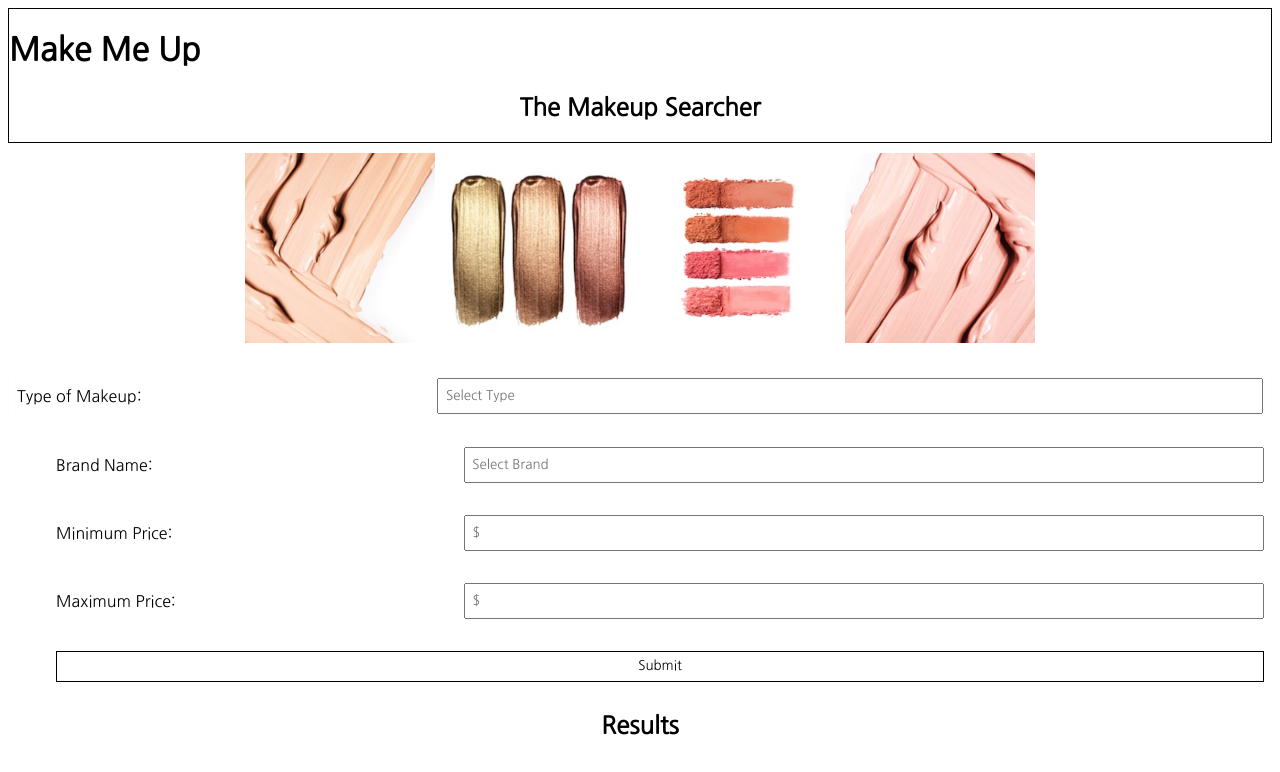
Repository: kaitlynMidori/MakeMeUp
Page: index.html
An editor plug-in stored every save of this project. The page is shown before and after the next save, followed by the edit.
The browser window is 1280 px wide. The pictures show the whole page.

Above is the page before, as saved 2020-12-10 14:36:16.

### index.html
<!DOCTYPE html>
<html lang="en">

<head>
    <meta charset="utf-8">
    <meta name="viewport" content="width=device-width">
    <title>Make Me Up</title>
    <link href="style.css" rel="stylesheet" type="text/css" />
    <link rel="preconnect" href="https://fonts.gstatic.com">
    <link href="https://fonts.googleapis.com/css2?family=Nanum+Gothic&display=swap" rel="stylesheet">
</head>

<body>

    <header>
        <h1>Make Me Up</h1>
        <h2>The Makeup Searcher</h2>
    </header>

    <div id="img-container" class="img" style="padding: 5px;">
        <img src="images/smear1.png" alt="eyeshadow smear" height="200" width="200" style="padding: 5px;">
        <img src="images/smear2.png" alt="lipstick smear" height="200" width="200" style="padding: 5px;">
        <img src="images/smear4.jpg" alt="concealer smear" height="200" width="200" style="padding: 5px;">
        <img src="images/smear3.png" alt="blush smear" height="200" width="200" style="padding: 5px;">
    </div>

    <div class="form-container">
        <form id="js-form">
            <ul class="formWrapper">
                <li class= "form-row">
                    <label class="search-term" for="product-type">Type of Makeup:</label>
                    <input class="product-type input" type="text" name="product-type" id="product-type" placeholder="Select Type" list="product-type-list">
                    <datalist id="product-type-list">
                        <option value="Blush">
                        <option value="Bronzer">
                        <option value="Eyebrow">
                        <option value="Eyeliner">
                        <option value="Eyeshadow">
                        <option value="Foundation">
                        <option value="Lip Liner">
                        <option value="Lipstick">
                        <option value="Mascara">
                        <option value="Nail Polish">
                    </datalist>
                </li>
            </ul>


            <ul>
                <li class="form-row">
                    <label class="search-term" for="brand">Brand Name:</label>
                    <input class="brand input" type="text" name="brand" id="brand" placeholder="Select Brand" list="brand-list">
                    <datalist id="brand-list">
                        <option value="Almay">
                        <option value="Alva">
                        <option value="Anna Sui">
                        <option value="Annabelle">
                        <option value="Benefit">
                        <option value="Boosh">
                        <option value="Burt's Bees">
                        <option value="Butter London">
                        <option value="C'est Moi">
                        <option value="Cargo Cosmetics">
                        <option value="China Glaze">
                        <option value="Clinique">
                        <option value="Coastal Classic Creation">
                        <option value="Colourpop">
                        <option value="Covergirl">
                        <option value="Dalish">
                        <option value="Deciem">
                        <option value="Dior">
                        <option value="Dr. Hauschka">
                        <option value="e.l.f">
                        <option value="Essie">
                        <option value="Fenty">
                        <option value="Glossier">
                        <option value="Green People">
                        <option value="Iman">
                        <option value="L'oreal">
                        <option value="Lotus Cosmetics USA">
                        <option value="Maia's Mineral Galaxy">
                        <option value="Marcelle">
                        <option value="Marienatie">
                        <option value="Maybelline">
                        <option value="Milani">
                        <option value="Mineral Fusion">
                        <option value="Misa">
                        <option value="Mistura">
                        <option value="Moov">
                        <option value="Nudus">
                        <option value="NYX">
                        <option value="ORLY">
                        <option value="Pacifica">
                        <option value="Penny Lane Organics">
                        <option value="Physicians Formula">
                        <option value="Piggy Paint">
                        <option value="Pure Anada">
                        <option value="Rejuva Minerals">
                        <option value="Revlon">
                        <option value="Sally B's Skin Yummies">
                        <option value="Salon Perfect">
                        <option value="Sante">
                        <option value="Sinful Colours">
                        <option value="Smashbox">
                        <option value="Stila">
                        <option value="Suncoat">
                        <option value="w3llpeople">
                        <option value="wet n wild">
                        <option value="Zorah">
                        <option value="Zorah Biocosmetiques">
                    </datalist>
                </li>
            </ul>

            <ul>
                <li class="form-row">
                    <label class="search-term" for="min-price-input">Minimum Price:</label>
                    <input class="min-price input" type="number" name="min-price" id="min-price-input" placeholder="$">
                </li>
            </ul>

            <ul>
                <li class="form-row">
                    <label class="search-term" for="max-price-input">Maximum Price:</label>
                    <input class="max-price input" type="number" name="max-price" id="max-price-input" placeholder="$">
                </li>
            </ul>

            <ul>
                <li class="form-row">
                    <input id="submit-btn" type="submit" value="Submit">
                </li>
            </ul>
        </form>
    </div>


        <p id="js-error-message" class="error-message"></p>

        <!-- <section id="yt-results" class="hidden">
            <h2>Videos</h2>
            <ul id="yt-results-list">
            </ul>
        </section> -->
    <div id="results-container" class="hidden">
        <h2>Results</h2>
            <ul id="results-list">
            </ul>
    </div>

    <script src="https://code.jquery.com/jquery-3.3.1.js" integrity="sha256-2Kok7MbOyxpgUVvAk/HJ2jigOSYS2auK4Pfzbm7uH60=" crossorigin="anonymous"></script>
    <script src="script.js"></script>

</body>

</html>

### style.css
* {
    box-sizing: border-box;
}

hidden {
    display: none;
}

* {
    font-family: 'Nanum Gothic', sans-serif;
    color: black;
}

/* header styling */
header {
    background-color: white;
    border-style: solid;
    border-width: thin;
    border-color: black;
}

h2 {
    text-align: center;
}

/* Body styling */
body {
    background-color: white;
}

/* Image styling */

#img-container {
    display: flex;
    flex-direction: row;
    flex-wrap: nowrap;
    justify-content: center;
}

/* Form styling */
.formWrapper {
    background-color: white;
    list-style-type: none;
    padding: 0;
    border-style: solid;
    border-width: thin;
    border-color: #fbfefb;
}

.form-row {
    display: flex;
    justify-content: center;
    padding: .5em;
}

.form-row >label {
    padding: .5em 1em .5em 0;
    flex: 1;
}

.form-row > input {
    flex: 2;
}

.form-row > input,
.form-row > button {
    padding: .5em;
}

#submit-btn {
    background-color: white;
    color: black;
    border-style: solid;
    border-width: thin;
    border-color: black;
}

/* results styling */


#results-list{
    display: flex;
    flex-wrap: wrap;
    justify-content: center;
    /* list-style-type: upper-roman; */
    font-size: 12px;
}
/*
#results {
    height: 400px;
    width: 200px;
} */

.each-product-result {
    /* display: flex;
    flex-direction: column;
    align-content: center; */
    padding-left: 7px;
    list-style-type: none;
    background-color: white;
    border: lightgray;
    border-style: solid;
    border-width: thin;
    width: 200px;
    /* display: inline-flexbox;
    flex-direction: row; */
}

.each-product-result > .product-name {
    display: block;
    margin-right: auto;
    margin-left: auto;
    font-size: 12px;
    width: 160px;
}

.each-product-result > .product-img {
    /* margin-top: auto; */
    display: block;
    border: white;
    border-style: solid;
    border-width: thin;
    margin-left: auto;
    margin-right: auto;
    height: 150px;
    width: 150px;
}

.each-product-result > .product-price {
    font-style: italic;
}

.each-product-result > .product-description {
    font-size: 12px;
    font-weight: lighter;
    width: 180px;
}

### script.js
 'use strict';

const makeupURL = 'https://makeup-api.herokuapp.com/api/v1/products.json';

//watch form
//prevent submit btn default
//collect values for user input
function watchForm() {
    $('form').submit(event => {
        event.preventDefault();
        const searchTerm = $('#product-type').val();
        const brand = $('#brand').val();
        const minPrice = $('#min-price-input').val();
        const maxPrice = $('#max-price-input').val();
        getMakeUp(searchTerm, brand, minPrice, maxPrice);
        // getYoutubeVideo(searchTerm, brand);
    });
}

//format url
function formatQueryParams(params) {
    const queryItems = Object.keys(params)
        .map(key => `${encodeURIComponent(key)}=${encodeURIComponent(params[key])}`)
    return queryItems.join('&');
}

function getMakeUp(searchTerm, brand, minPrice, maxPrice) {
    const params = {
        product_type: searchTerm,
        brand: brand,
        price_greater_than: minPrice,
        price_less_than: maxPrice,
    };

    const queryString = formatQueryParams(params)
    const url = makeupURL + '?' + queryString;
    console.log(url);

    fetch(url)
        .then(response => {
            if (response.ok) {
                return response.json();
            }
            throw new Error(response.statusText);
        })
        .then(responseJson => displayResults(responseJson))
        .catch(err => {
            $('#js-error-message').text(`Something went wrong: ${err.message}`);
        });
}

function displayResults(responseJson) {
    // if there are previous results, remove them
    console.log(responseJson);
    $('#results-list').empty();

    //if there are no results, display a msg
    if (!Object.keys(responseJson).length) {
        $('#results-list').append(`<h2>Sorry, No Products Found For That Make-Up and/or Brand</h2>`);
    }
    // iterate through the items array
    for (let i = 0; i < responseJson.length; i++) {

        // for each makeup object in the items array, add a list item to the results
        //list with the full name, img, price, description, url
        $('#results-list').append(
            `<li class="each-product-result">
      <h3 class="product-name">${responseJson[i].name}</h3>
      <img class="product-img" src="${responseJson[i].image_link}">

      <br>

      <p class="product-price">$${responseJson[i].price}</p>
      <p class="product-description">${responseJson[i].description}</p>
      </li>`
        )
    };

    //display the results section
    $('#results').removeClass('hidden');

    //clear input after results load
    // $('#tag').val('')
    $('#product-type').val('')
    $('#brand').val('')
    $('#min-price-input').val('');
    $('#max-price-input').val('');
};

$(watchForm);

After the next save:
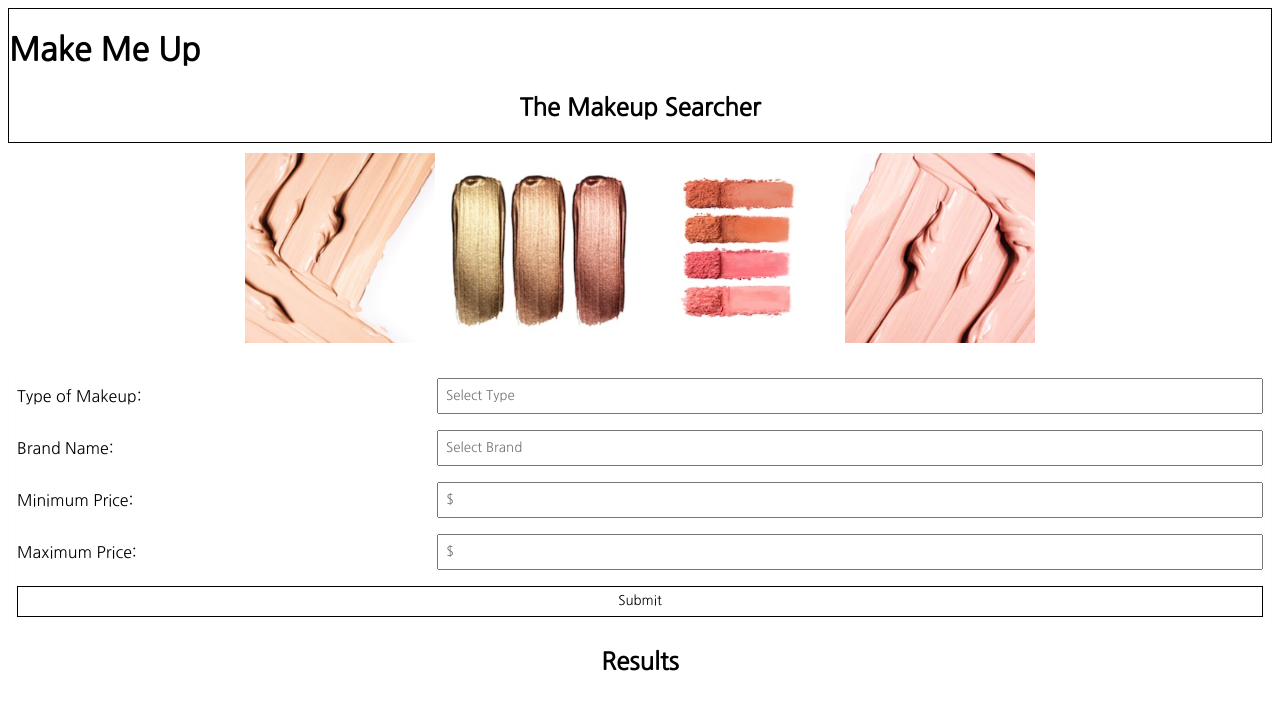
Saved 84 s later.
--- a/index.html
+++ b/index.html
@@ -43,10 +43,10 @@
                         <option value="Nail Polish">
                     </datalist>
                 </li>
-            </ul>
+            <!-- </ul> -->
 
 
-            <ul>
+            <!-- <ul> -->
                 <li class="form-row">
                     <label class="search-term" for="brand">Brand Name:</label>
                     <input class="brand input" type="text" name="brand" id="brand" placeholder="Select Brand" list="brand-list">
@@ -110,23 +110,23 @@
                         <option value="Zorah Biocosmetiques">
                     </datalist>
                 </li>
-            </ul>
+            <!-- </ul> -->
 
-            <ul>
+            <!-- <ul> -->
                 <li class="form-row">
                     <label class="search-term" for="min-price-input">Minimum Price:</label>
                     <input class="min-price input" type="number" name="min-price" id="min-price-input" placeholder="$">
                 </li>
-            </ul>
+            <!-- </ul> -->
 
-            <ul>
+            <!-- <ul> -->
                 <li class="form-row">
                     <label class="search-term" for="max-price-input">Maximum Price:</label>
                     <input class="max-price input" type="number" name="max-price" id="max-price-input" placeholder="$">
                 </li>
-            </ul>
+            <!-- </ul> -->
 
-            <ul>
+            <!-- <ul> -->
                 <li class="form-row">
                     <input id="submit-btn" type="submit" value="Submit">
                 </li>
